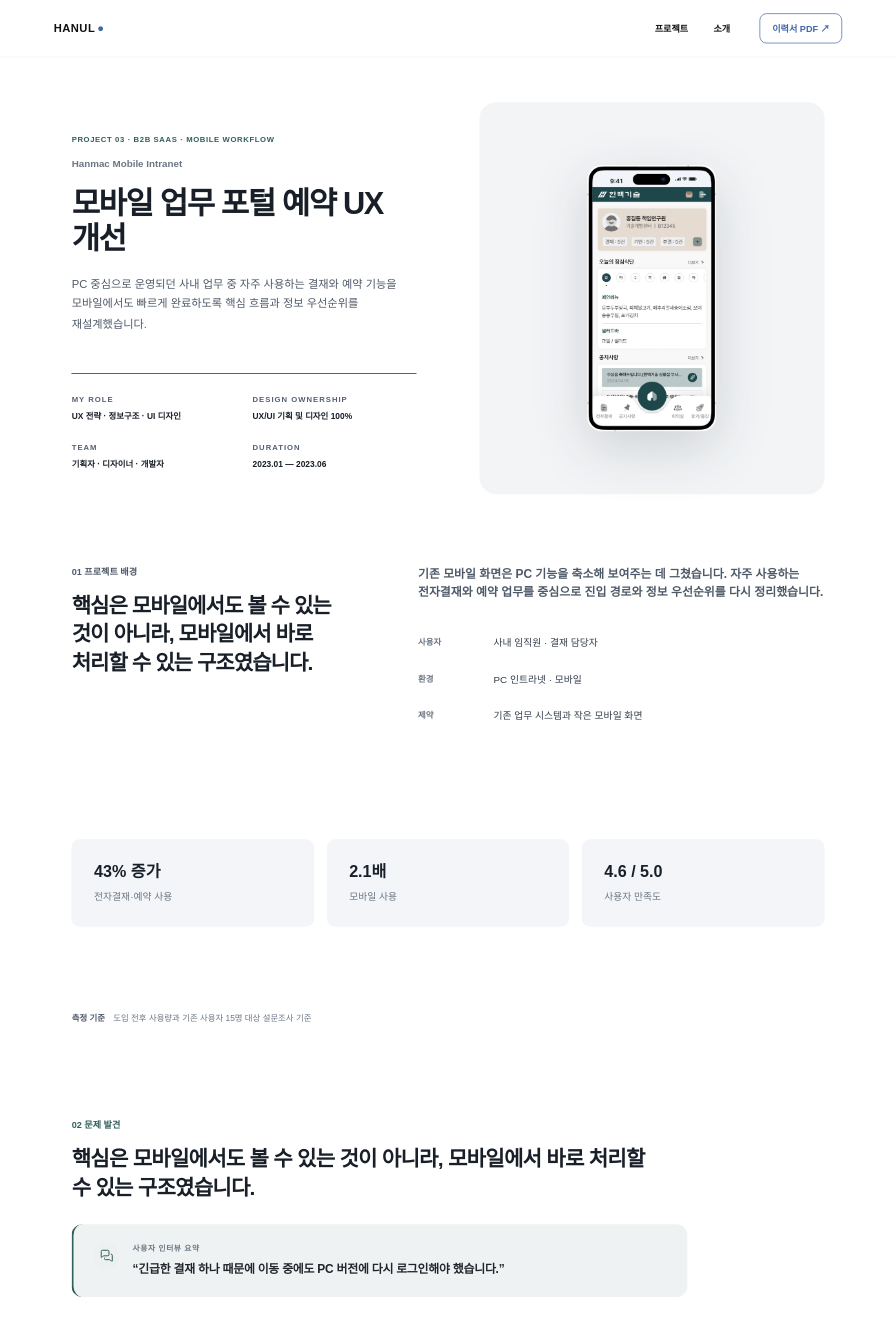
Repository: hanul-Lee/web
Page: project-intranet.html
An editor plug-in stored every save of this project. The page is shown before and after a run of saves, followed by the edit.
The browser window is 1280 px wide. The pictures show the part of the page from y = 0 to 1920 px (the page is 6653 px tall before and 1456 px after), at 70% of full size.
Some web fonts or font styles are not loaded; a fallback is used. The style sheet was rebuilt from its Sass, Less or Tailwind sources for each picture, by a compiler version that may differ from the author's.

Above is the page before, as saved 2026-10-11 13:55:11.

### project-intranet.html
<!doctype html>
<html lang="ko">
  <head>
    <meta charset="UTF-8">
    <meta name="viewport" content="width=device-width,initial-scale=1">
    <meta name="description" content="모바일 업무 포털과 예약 플로우 UX/UI 사례">
    <title>모바일 업무 포털 — 이한울</title>
    <link rel="stylesheet" href="case.css">
    <style>
      .comparison-image.split-left img {
      transform: translateX(0%);
  }
   .comparison-image.split-right img {
      transform: translateX(0%);
  }
    </style>
  </head>
  <body data-project="intranet">
    <header class="nav case-nav">
      <a class="logo" href="index.html">HANUL<span>●</span></a>
      <nav>
        <a href="index.html#work">프로젝트</a>
        <a href="index.html#about">소개</a>
      </nav>
      <a class="nav-cta" href="assets/portfolio.pdf">이력서 PDF ↗</a>
    </header>
    <main class="case-main">
      <section class="case-hero" id="overview">
        <div>
          <p class="case-eyebrow"></p>
          <p class="case-domain"></p>
          <h1 class="case-title"></h1>
          <p class="case-lead"></p>
          <div class="case-meta" aria-label="프로젝트 참여 정보">
            <div>
              <span>MY ROLE</span><b class="role"></b>
            </div>
            <div>
              <span>DESIGN OWNERSHIP</span><b class="contribution"></b>
            </div>
            <div>
              <span>TEAM</span><b class="team"></b>
            </div>
            <div>
              <span>DURATION</span><b class="period"></b>
            </div>
          </div>
        </div>
        <div class="case-cover" aria-label="프로젝트 핵심 화면 미리보기">
        </div>
      </section>
      <section class="case-body">
        <div class="case-summary" id="context">
          <div>
            <p class="case-section-label">01 프로젝트 배경</p>
            <h2 class="problem"></h2>
          </div>
          <div>
            <p class="detail"></p>
            <div class="context-facts">
            </div>
          </div>
        </div>
        <div class="outcomes">
        </div>
        <div class="gallery">
        </div>
        <div class="next">
          <a><span>다음 프로젝트</span><h3></h3></a>
          <a class="back" href="index.html#work">전체 프로젝트 ↑</a>
        </div>
      </section>
    </main>
    <footer class="case-footer">
      <a class="logo" href="index.html">HANUL<span>●</span></a>
      <p>© 2026 이한울</p>
    </footer>
    <script src="case.js"></script>
  </body>
</html>

Loaded but not shown: case.js (1511 lines, source omitted); script.js (55 lines, source omitted); assets/fonts/fonts.css (1051 lines, source omitted); case.scss (2185 lines, source omitted); portfolio.scss (2249 lines, source omitted)

After the next 2 saves:
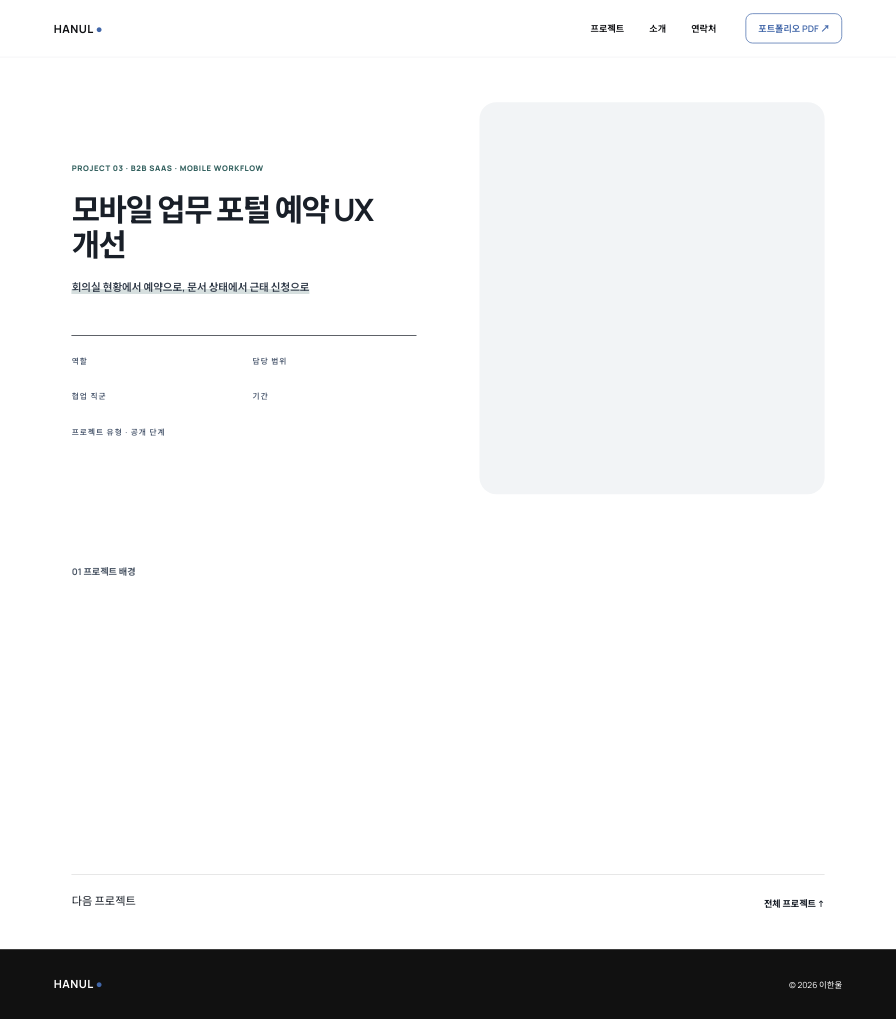
Console error: TypeError: Cannot set properties of null (setting 'textContent')
The 2 saves are shown as one change because they came seconds apart.
The last was saved 8 s later.
--- a/project-intranet.html
+++ b/project-intranet.html
@@ -3,9 +3,11 @@
   <head>
     <meta charset="UTF-8">
     <meta name="viewport" content="width=device-width,initial-scale=1">
-    <meta name="description" content="모바일 업무 포털과 예약 플로우 UX/UI 사례">
-    <title>모바일 업무 포털 — 이한울</title>
-    <link rel="stylesheet" href="case.css">
+    <meta name="description" content="회의실 현황에서 예약으로, 문서 상태에서 근태 신청으로">
+    <title>회의실 예약·근태 신청 모바일 인트라넷 | 이한울 · Product Designer</title>
+    <meta name="color-scheme" content="light">
+    <link rel="stylesheet" href="assets/fonts/fonts.css?v=20260930">
+    <link rel="stylesheet" href="case.css?v=20261011-pdf-sync">
     <style>
       .comparison-image.split-left img {
       transform: translateX(0%);
@@ -14,36 +16,45 @@
       transform: translateX(0%);
   }
     </style>
+    <meta property="og:title" content="회의실 예약·근태 신청 모바일 인트라넷 | 이한울 · Product Designer">
+    <meta property="og:description" content="회의실 현황에서 예약으로, 문서 상태에서 근태 신청으로">
+    <meta property="og:type" content="article">
+    <meta property="og:locale" content="ko_KR">
+    <link rel="icon" href="assets/favicon.svg" type="image/svg+xml">
   </head>
   <body data-project="intranet">
+    <a class="skip-link" href="#main">본문으로 건너뛰기</a>
     <header class="nav case-nav">
       <a class="logo" href="index.html">HANUL<span>●</span></a>
-      <nav>
+      <nav id="primary-nav" aria-label="주요 메뉴">
         <a href="index.html#work">프로젝트</a>
         <a href="index.html#about">소개</a>
-      </nav>
-      <a class="nav-cta" href="assets/portfolio.pdf">이력서 PDF ↗</a>
+        <a href="index.html#contact">연락처</a>
+      <a class="mobile-pdf" href="assets/portfolio.pdf" target="_blank" rel="noopener noreferrer">포트폴리오 PDF ↗</a></nav>
+      <a class="nav-cta" href="assets/portfolio.pdf" target="_blank" rel="noopener noreferrer">포트폴리오 PDF ↗</a>
+    <button class="menu" aria-label="메뉴 열기" aria-expanded="false" aria-controls="primary-nav"><i></i><i></i></button>
     </header>
-    <main class="case-main">
+    <main class="case-main" id="main" tabindex="-1">
       <section class="case-hero" id="overview">
         <div>
           <p class="case-eyebrow"></p>
-          <p class="case-domain"></p>
-          <h1 class="case-title"></h1>
+          <h1 class="case-title">회의실 예약·근태 신청 모바일 인트라넷</h1>
           <p class="case-lead"></p>
+          <p class="case-result"><span>회의실 현황에서 예약으로, 문서 상태에서 근태 신청으로</span></p>
           <div class="case-meta" aria-label="프로젝트 참여 정보">
             <div>
-              <span>MY ROLE</span><b class="role"></b>
+              <span>역할</span><b class="role"></b>
             </div>
             <div>
-              <span>DESIGN OWNERSHIP</span><b class="contribution"></b>
+              <span>담당 범위</span><b class="contribution"></b>
             </div>
             <div>
-              <span>TEAM</span><b class="team"></b>
+              <span>협업 직군</span><b class="team"></b>
             </div>
             <div>
-              <span>DURATION</span><b class="period"></b>
+              <span>기간</span><b class="period"></b>
             </div>
+            <div class="stage-meta"><span>프로젝트 유형 · 공개 단계</span><b class="stage"></b></div>
           </div>
         </div>
         <div class="case-cover" aria-label="프로젝트 핵심 화면 미리보기">
@@ -75,6 +86,7 @@
       <a class="logo" href="index.html">HANUL<span>●</span></a>
       <p>© 2026 이한울</p>
     </footer>
-    <script src="case.js"></script>
+    <script src="case.js?v=20261011-final"></script>
+  <script src="script.js?v=20261001-header-overlay"></script>
   </body>
 </html>
